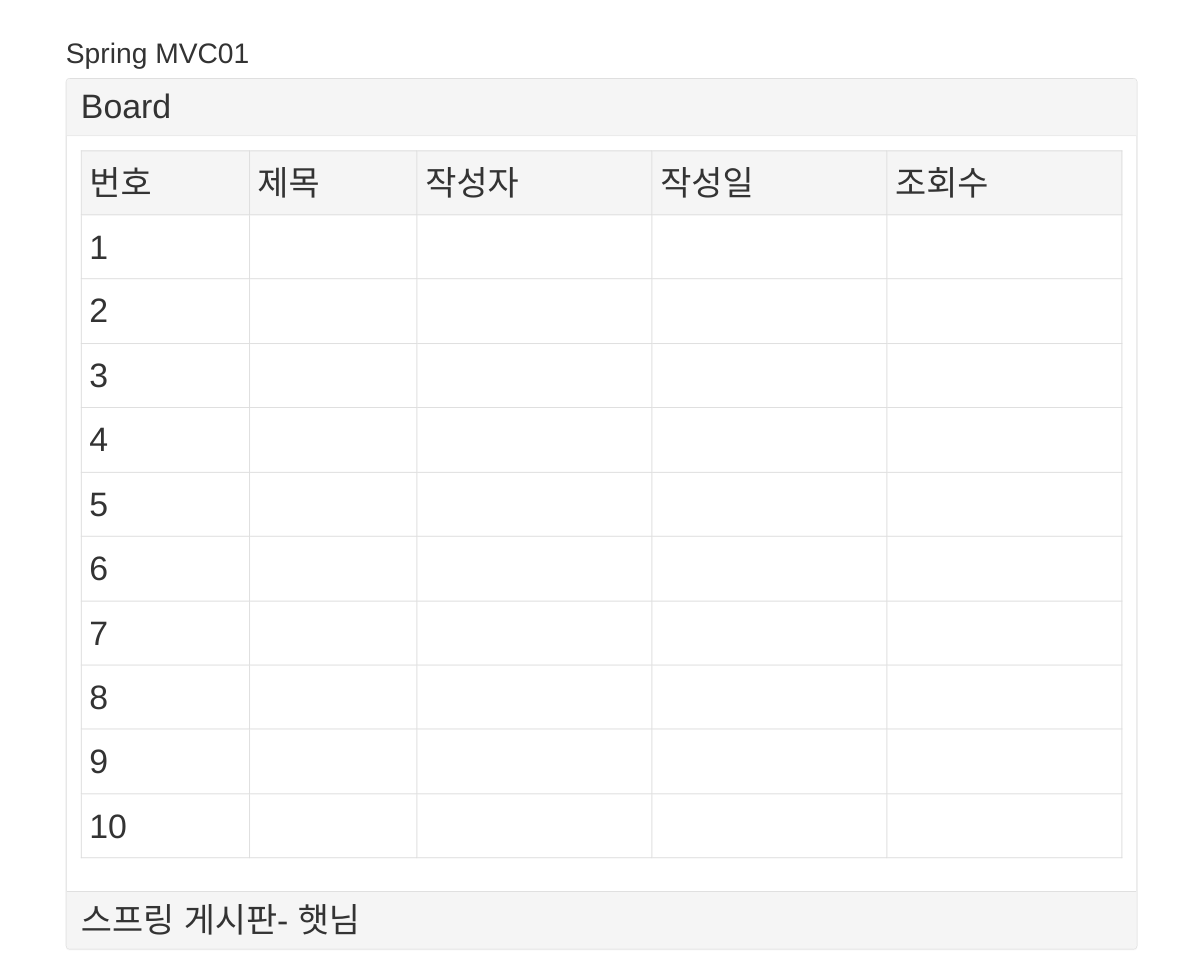
Repository: Hyerim-Ryu/Spring-
Page: http://localhost/SpringMVC01/boardList.do
The author's editor kept a copy of each file at every save. The page is drawn from the files as they stood at one save, then again after the next save.
The browser window is 1280 px wide. The pictures show the whole page, at 94% of full size.
The page is served by Tomcat 9.

Above is the page before, as saved 2023-09-05 03:05:05.

After the next save:
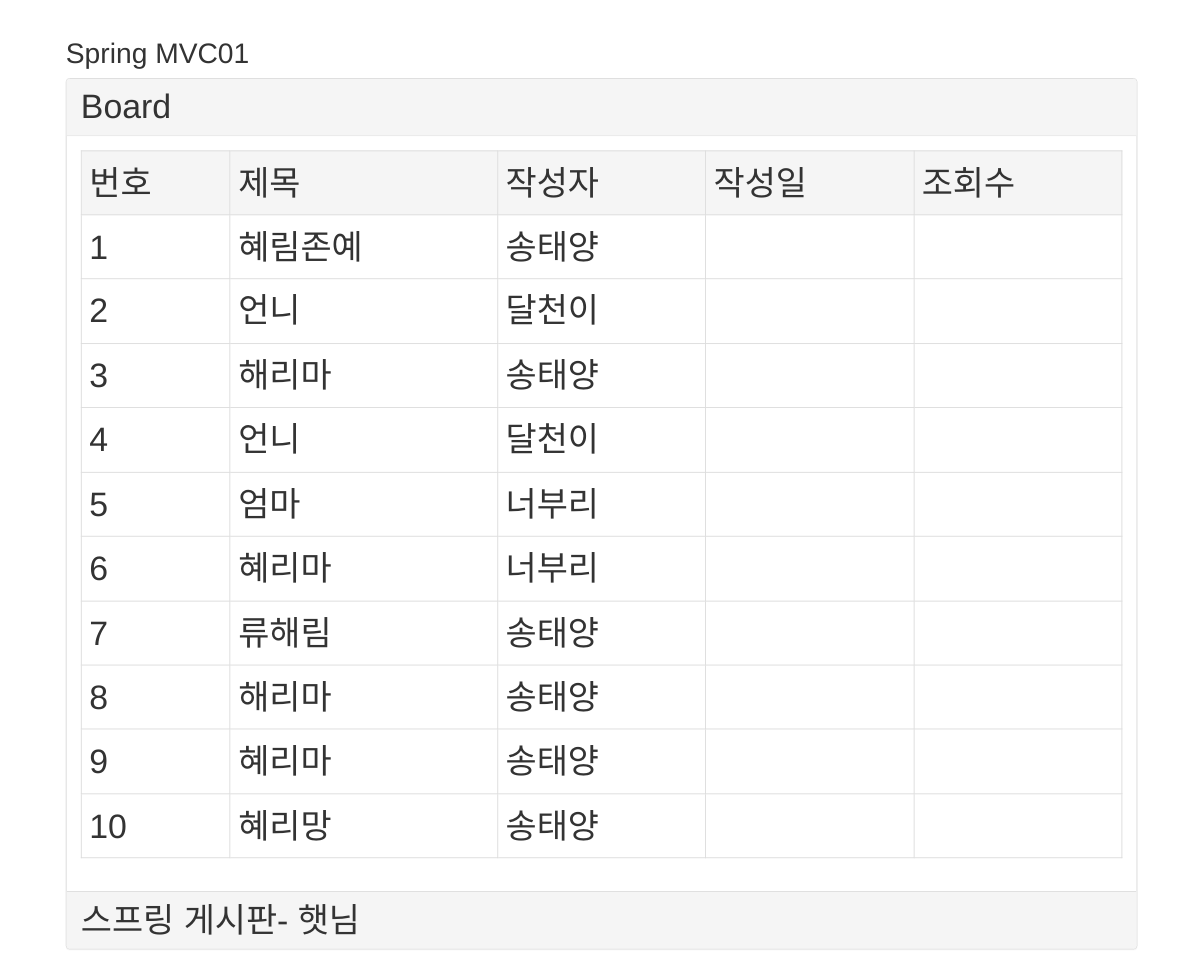
Saved 18 s later.
--- a/workspace.edu/SpringMVC01/src/main/webapp/WEB-INF/views/boardList.jsp
+++ b/workspace.edu/SpringMVC01/src/main/webapp/WEB-INF/views/boardList.jsp
@@ -32,8 +32,8 @@
 			    		<c:forEach items="${list}" var="vo" varStatus="i">
 			    		<tr>
 			    			<td>${i.count}</td>
-			    			<td></td>
-			    			<td></td>
+			    			<td>${vo.title}</td>
+			    			<td>${vo.writer}</td>
 			    			<td></td>
 			    			<td></td>
 			    		</tr>
